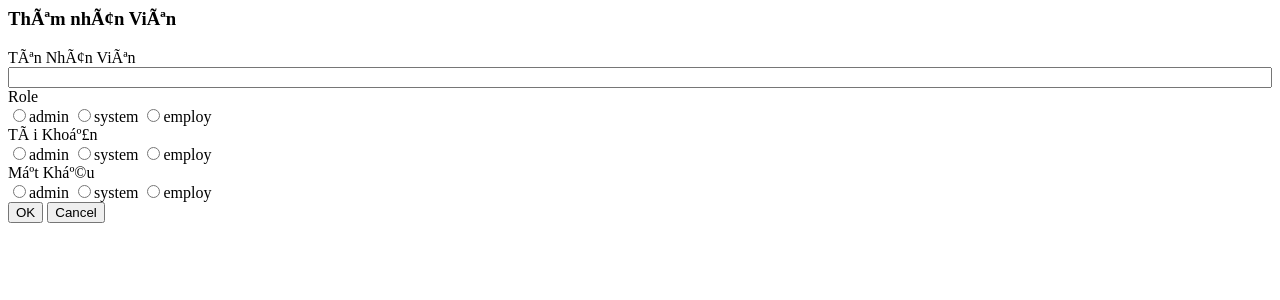
Repository: chickenoken/LuanAn
Page: http://localhost/net/quanLyNhanVienControl
An editor plug-in stored every save of this project. The page is shown before and after the next save, followed by the edit.
The browser window is 1280 px wide. The pictures show the whole page.
The page is served by Tomcat 9. Other server files are loaded and not shown.

Above is the page before, as saved 2019-06-17 09:50:52.

### net/src/main/webapp/WEB-INF/pages/quanLyNhanVienControl.jsp
<div class="modal-header">
  <h3>Thêm nhân Viên</h3>
</div>
<div class="modal-body">
  <div class="row">
    <div class="form-group">
      <div class="col-md-4"><span>Tên Nhân Viên</span></div>
      <div class="col-md-8"><input type="text" ng-model="model.form.control.tenNv" style="width : 100%"></div>
    </div>
  </div>
  <div class="row">
    <div class="form-group">
      <div class="col-md-4"><span>Role</span></div>
      <div class="col-md-8">
        <div class="radio" ng-model="model.form.control.role">
          <label class="col-md-4"><input type="radio" name="role" value="admin">admin</label>
          <label class="col-md-4"><input type="radio" name="role" value="system">system</label>
          <label class="col-md-4"><input type="radio" name="role" value="employ">employ</label>
        </div>
      </div>
    </div>
  </div>
    <div class="row">
    <div class="form-group">
      <div class="col-md-4"><span>Tài Khoản</span></div>
      <div class="col-md-8">
        <div class="radio">
          <label class="col-md-4"><input type="radio" name="role" value="admin">admin</label>
          <label class="col-md-4"><input type="radio" name="role" value="system">system</label>
          <label class="col-md-4"><input type="radio" name="role" value="employ">employ</label>
        </div>
      </div>
    </div>
  </div>
    <div class="row">
    <div class="form-group">
      <div class="col-md-4"><span>Mật Khẩu</span></div>
      <div class="col-md-8">
        <div class="radio">
          <label class="col-md-4"><input type="radio" name="role" value="admin">admin</label>
          <label class="col-md-4"><input type="radio" name="role" value="system">system</label>
          <label class="col-md-4"><input type="radio" name="role" value="employ">employ</label>
        </div>
      </div>
    </div>
  </div>

</div>
<div class="modal-footer">
    <button class="btn btn-primary" ng-click="ok()">OK</button>
    <button class="btn btn-warning" ng-click="cancel()">Cancel</button>
</div>

### net/src/main/java/org/planning/net/dto/LoginDto.java
package org.planning.net.dto;

import lombok.Getter;
import lombok.Setter;

@Getter
@Setter
public class LoginDto {

    private String maNhanVien;

    private String tenNhanVien;

    private String taiKhoan;

    private String matKhau;

	public String getTaiKhoan() {
        return taiKhoan;
    }

    public void setTaiKhoan(String taiKhoan) {
        this.taiKhoan = taiKhoan;
    }

    public String getMatKhau() {
        return matKhau;
    }

    public void setMatKhau(String matKhau) {
        this.matKhau = matKhau;
    }

    public String getMaNhanVien() {
		return maNhanVien;
	}

	public void setMaNhanVien(String maNhanVien) {
		this.maNhanVien = maNhanVien;
	}

	public String getTenNhanVien() {
		return tenNhanVien;
	}

	public void setTenNhanVien(String tenNhanVien) {
		this.tenNhanVien = tenNhanVien;
	}
}

After the next save:
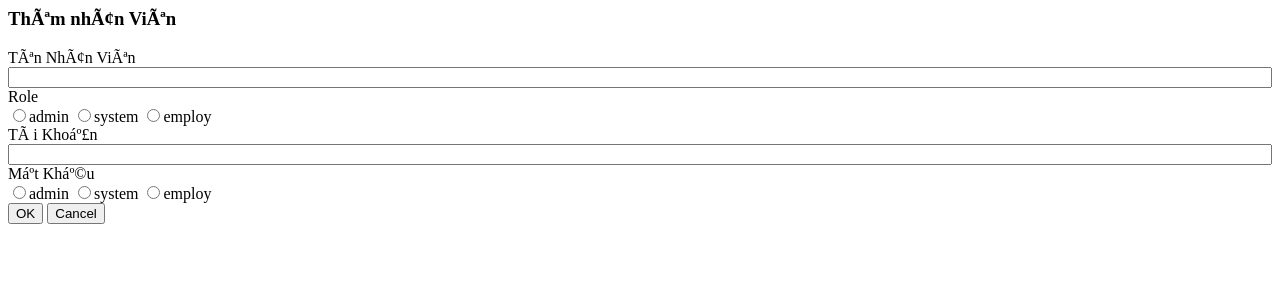
Saved 10 s later.
--- a/net/src/main/webapp/WEB-INF/pages/quanLyNhanVienControl.jsp
+++ b/net/src/main/webapp/WEB-INF/pages/quanLyNhanVienControl.jsp
@@ -24,11 +24,7 @@
     <div class="form-group">
       <div class="col-md-4"><span>Tài Khoản</span></div>
       <div class="col-md-8">
-        <div class="radio">
-          <label class="col-md-4"><input type="radio" name="role" value="admin">admin</label>
-          <label class="col-md-4"><input type="radio" name="role" value="system">system</label>
-          <label class="col-md-4"><input type="radio" name="role" value="employ">employ</label>
-        </div>
+        <input type="text" ng-model="model.form.control.tenNv" style="width : 100%">
       </div>
     </div>
   </div>
